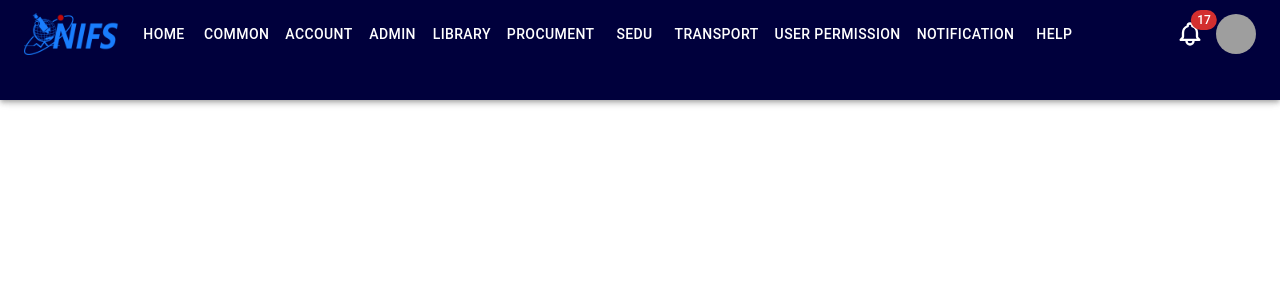
Repository: virangaj/NIFS-WebApp
Page: / (app in client/)
These files come from the project's save history. The page is drawn as it stood at one moment and after the next save; the edit follows.
The browser window is 1280 px wide. The pictures show the whole page.
Pictures or frames that could not be fetched are drawn as grey boxes. The project was rebuilt for these pictures with package versions that can differ from the ones it lists, and the page was loaded fresh each time.

Above is the page before, as saved 2022-07-17 20:39:50.

### client/public/index.html
<!DOCTYPE html>
<html lang="en">
	<head>
		<meta charset="utf-8" />
		<link rel="icon" href="%PUBLIC_URL%/favicon.ico" />
		<meta name="viewport" content="width=device-width, initial-scale=1" />
		<meta name="theme-color" content="#000000" />
		<meta
			name="description"
			content="Web site created using create-react-app"
		/>
		<link rel="apple-touch-icon" href="%PUBLIC_URL%/logo192.png" />
		<!--
      manifest.json provides metadata used when your web app is installed on a
      user's mobile device or desktop. See https://developers.google.com/web/fundamentals/web-app-manifest/
    -->
		<link rel="manifest" href="%PUBLIC_URL%/manifest.json" />
		<!--
      Notice the use of %PUBLIC_URL% in the tags above.
      It will be replaced with the URL of the `public` folder during the build.
      Only files inside the `public` folder can be referenced from the HTML.

      Unlike "/favicon.ico" or "favicon.ico", "%PUBLIC_URL%/favicon.ico" will
      work correctly both with client-side routing and a non-root public URL.
      Learn how to configure a non-root public URL by running `npm run build`.
    -->
		<link
			href="https://fonts.googleapis.com/css?family=Poppins"
			rel="stylesheet"
		/>
		<title>NIFS Dashboard</title>
	</head>
	<body>
		<noscript>You need to enable JavaScript to run this app.</noscript>
		<div id="root"></div>
		<!--
      This HTML file is a template.
      If you open it directly in the browser, you will see an empty page.

      You can add webfonts, meta tags, or analytics to this file.
      The build step will place the bundled scripts into the <body> tag.

      To begin the development, run `npm start` or `yarn start`.
      To create a production bundle, use `npm run build` or `yarn build`.
    -->
	</body>
</html>

### client/src/index.css
* {
  margin: 0;
}

body {
  font-family: 'Poppins';
  -webkit-font-smoothing: antialiased;
  -moz-osx-font-smoothing: grayscale;
}

:root {
  --main-navbar-back: #00003c;

}


.nav-logo {
  width: 100px;
  height: auto;
}

/* main navbar */
.main-navbar {
  background-color: var(--main-navbar-back) !important;
  width: 100% !important;
  height: 100px !important;

}

/* secondary navbar */
.secondary-navbar {
  margin-top: 10vh !important;
  margin: auto;
}

/* body content */
.body-content {
  margin: auto;
  width: 90%;
  margin-top: 7vh;

}

.sub-body-content {
  margin: auto;
  width: 90%;
  margin-top: 3vh;
}

### client/src/App.tsx
import React from 'react';

import './App.css';
import Navbar from './components/shared/Navbar';

function App() {
  return (
    <div className="App">
      <Navbar />
    </div>
  );
}

export default App;

### client/src/components/shared/Navbar.tsx
import * as React from 'react';
import AppBar from '@mui/material/AppBar';
import Box from '@mui/material/Box';
import Toolbar from '@mui/material/Toolbar';
import IconButton from '@mui/material/IconButton';
import Typography from '@mui/material/Typography';
import Menu from '@mui/material/Menu';
import Container from '@mui/material/Container';
import Avatar from '@mui/material/Avatar';
import Button from '@mui/material/Button';
import Tooltip from '@mui/material/Tooltip';
import MenuItem from '@mui/material/MenuItem';
import { HiMenuAlt2, HiOutlineBell } from "react-icons/hi";
import Badge from '@mui/material/Badge';
import Logo from '../../images/nifs_logo.png'
import { Link } from 'react-router-dom';

const Navbar = () => {
    const pages = [
        {
            id: 0,
            title: 'Home',
            link: '/',
        },
        {
            id: 1,
            title: 'Common',
            link: '/common',
        },
        {
            id: 2,
            title: 'Account',
            link: '/account',
        },
        {
            id: 3,
            title: 'Admin',
            link: '/admin',
        },
        {
            id: 4,
            title: 'Library',
            link: '/library',
        },
        {
            id: 5,
            title: 'Procument',
            link: '/procument',
        },
        {
            id: 6,
            title: 'SEDU',
            link: '/sedu',
        },
        {
            id: 7,
            title: 'Transport',
            link: '/transport',
        },
        {
            id: 8,
            title: 'User Permission',
            link: '/user-permission',
        },
        {
            id: 9,
            title: 'Notification',
            link: '/notification',
        },
        {
            id: 10,
            title: 'Help',
            link: '/help',
        },
    ];

    const settings = [
        {
            id: 0,
            title: 'Login',
            link: '/login',
        },
    ];
    const [anchorElNav, setAnchorElNav] = React.useState<null | HTMLElement>(null);
    const [anchorElUser, setAnchorElUser] = React.useState<null | HTMLElement>(null);

    const handleOpenNavMenu = (event: React.MouseEvent<HTMLElement>) => {
        setAnchorElNav(event.currentTarget);
    };
    const handleOpenUserMenu = (event: React.MouseEvent<HTMLElement>) => {
        setAnchorElUser(event.currentTarget);
    };

    const handleCloseNavMenu = () => {
        setAnchorElNav(null);
    };

    const handleCloseUserMenu = () => {
        setAnchorElUser(null);
    };

    return (
        <AppBar position="fixed" className="main-navbar">
            <Container maxWidth="xl">
                <Toolbar disableGutters>
                    {/*Responsive view start here  */}
                    <Box sx={{ display: { xs: 'none', md: 'flex' }, mr: 1 }}>
                        <img src={Logo} alt="logo" className="nav-logo" />
                    </Box>


                    <Box sx={{ flexGrow: 1, display: { xs: 'flex', md: 'none' } }}>
                        <IconButton
                            size="large"
                            aria-label="account of current user"
                            aria-controls="menu-appbar"
                            aria-haspopup="true"
                            onClick={handleOpenNavMenu}
                            color="inherit"
                        >
                            <HiMenuAlt2 />
                        </IconButton>
                        <Menu
                            id="menu-appbar"
                            anchorEl={anchorElNav}
                            anchorOrigin={{
                                vertical: 'bottom',
                                horizontal: 'left',
                            }}
                            keepMounted
                            transformOrigin={{
                                vertical: 'top',
                                horizontal: 'left',
                            }}
                            open={Boolean(anchorElNav)}
                            onClose={handleCloseNavMenu}
                            sx={{
                                display: { xs: 'block', md: 'none' },
                            }}
                        >
                            {pages && pages.map((page) => (
                                <MenuItem key={page.id} onClick={handleCloseNavMenu}>
                                    {/* <Link to={page.link} style={{ textDecoration: 'none' }}> */}
                                    <Typography textAlign="center">{page.title}</Typography>
                                    {/* </Link> */}
                                </MenuItem>
                            ))}
                        </Menu>
                    </Box>
                    {/* Responsive view ends here */}

                    {/* Full width starts here */}
                    <Box
                        sx={{
                            mr: 2,
                            display: { xs: 'flex', md: 'none' },
                            flexGrow: 1,
                        }}
                    >
                        <img src={Logo} alt="logo" className="nav-logo" />
                    </Box>

                    <Box sx={{ flexGrow: 1, display: { xs: 'none', md: 'flex' } }}>
                        {pages.map((page) => (
                            <Button
                                key={page.id}
                                onClick={handleCloseNavMenu}
                                sx={{ my: 2, color: 'white', display: 'block' }}
                            >
                                {page.title}
                            </Button>
                        ))}
                    </Box>
                    <IconButton
                        size="large"
                        aria-label="show 17 new notifications"
                        color="inherit"
                    >
                        <Badge badgeContent={17} color="error">
                            <HiOutlineBell />
                        </Badge>
                    </IconButton>
                    <Box sx={{ flexGrow: 0 }}>
                        <Tooltip title="Open settings">
                            <IconButton onClick={handleOpenUserMenu} sx={{ p: 0 }}>
                                <Avatar alt="Remy Sharp" src="/static/images/avatar/2.jpg" />
                            </IconButton>
                        </Tooltip>
                        <Menu
                            sx={{ mt: '45px' }}
                            id="menu-appbar"
                            anchorEl={anchorElUser}
                            anchorOrigin={{
                                vertical: 'top',
                                horizontal: 'right',
                            }}
                            keepMounted
                            transformOrigin={{
                                vertical: 'top',
                                horizontal: 'right',
                            }}
                            open={Boolean(anchorElUser)}
                            onClose={handleCloseUserMenu}
                        >
                            {settings && settings.map((setting) => (
                                <MenuItem key={setting.id} onClick={handleCloseUserMenu}>
                                    <Typography textAlign="center">{setting.title}</Typography>
                                </MenuItem>
                            ))}
                        </Menu>
                    </Box>
                </Toolbar>
            </Container>
        </AppBar>
    );
};
export default Navbar;

Loaded but not shown: client/src/index.tsx (common file); client/src/reportWebVitals.ts (common file); client/src/App.css (common file)

After the next save:
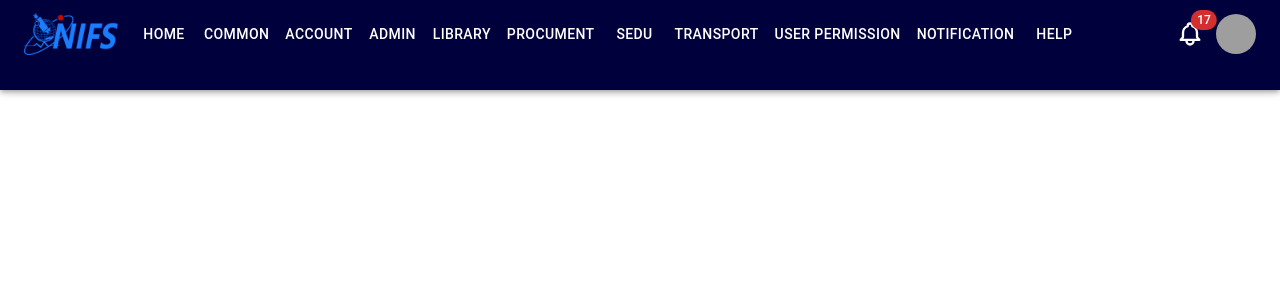
Saved 5 s later.
--- a/client/src/index.css
+++ b/client/src/index.css
@@ -23,7 +23,7 @@ body {
 .main-navbar {
   background-color: var(--main-navbar-back) !important;
   width: 100% !important;
-  height: 100px !important;
+  height: 90px !important;
 
 }
 
